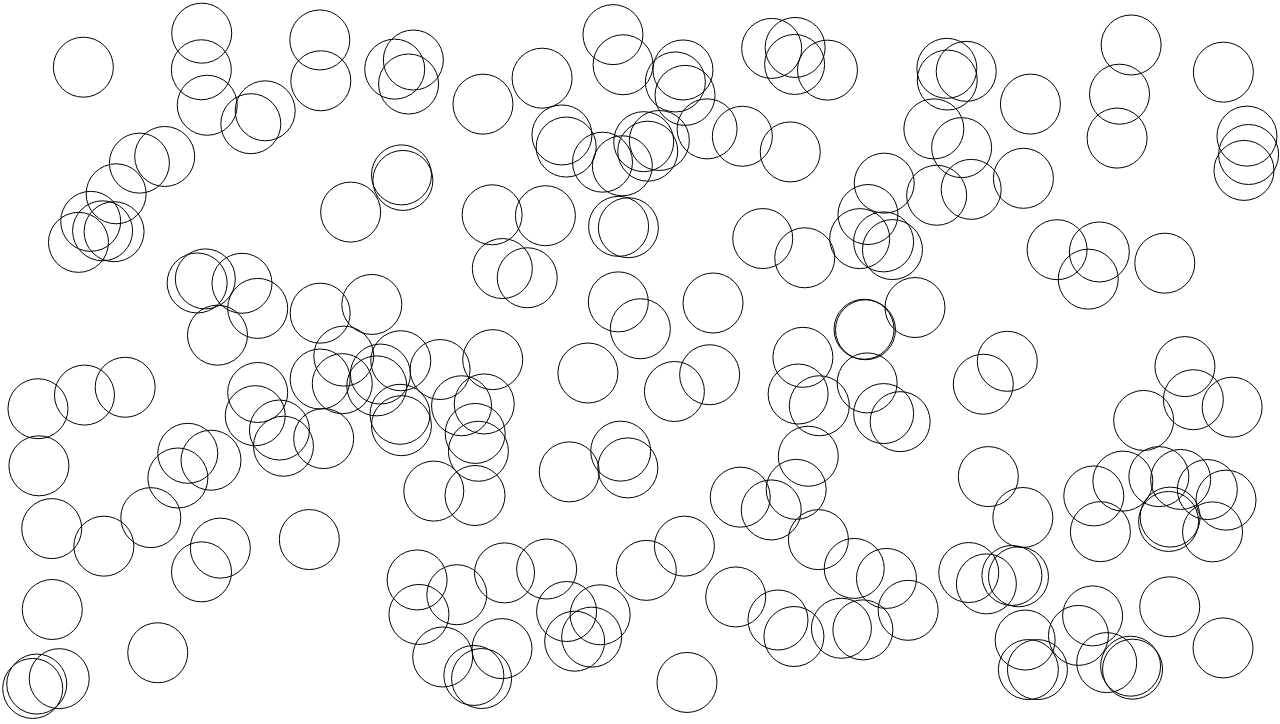
Repository: MikeTroianello/canvas-testing
Page: index.html
The author's editor kept a copy of each file at every save. The page is drawn from the files as they stood at one save, then again after the next save.
The browser window is 1280 px wide. The pictures show the whole page.

Above is the page before, as saved 2019-06-05 14:16:23.

### index.html
<!DOCTYPE html>
<html lang="en">
  <head>
    <meta charset="UTF-8" />
    <meta name="viewport" content="width=device-width, initial-scale=1.0" />
    <meta http-equiv="X-UA-Compatible" content="ie=edge" />
    <link rel="stylesheet" type="text/css" href="style.css" />
    <title>Canvas</title>
  </head>
  <body>
    <canvas></canvas>
    <script src="canvas.js"></script>
  </body>
</html>

### style.css
body {
  margin: 0;
}

/* canvas {
  border: 1px solid black;
} */

### canvas.js
var canvas = document.querySelector('canvas');
console.log(canvas);

canvas.width = window.innerWidth;
canvas.height = window.innerHeight;

var ctx = canvas.getContext('2d');

// for (let i = 0; i < canvas.width; i++) {
//   ctx.fillStyle = `rgba(${i}, ${i}, ${i * 30}, 1)`;
//   ctx.fillRect(i * 100, i * 100, 100, 100);
// }

//Line

// ctx.beginPath();
// ctx.moveTo(50, 300);
// ctx.lineTo(300, 100);
// ctx.lineTo(400, 300);
// ctx.strokeStyle = 'blue';
// ctx.stroke();

//arc
// ctx.beginPath();
// ctx.arc(300, 300, 30, 0, Math.PI * 2, false);
// ctx.strokeStyle = 'red';
// ctx.stroke();

// for (let i = 0; i < 1009; i++) {
//   var x = Math.random() * window.innerWidth;
//   var y = Math.random() * window.innerHeight;
//   var r = Math.floor(Math.random() * 255);
//   ctx.beginPath();
//   ctx.arc(x, y, 30, 0, Math.PI * 2, false);
//   ctx.strokeStyle = `rgba(${Math.floor(Math.random() * 255)},${Math.floor(
//     Math.random() * 255
//   )},${Math.floor(Math.random() * 255)}, ${Math.random()}`;
//   ctx.stroke();
// }

//MOVING CIRCLE

class Circle {
  constructor(x, y, dx, dy, radius) {
    this.x = x;
    this.y = y;
    this.dx = dx;
    this.dy = dy;
    this.radius = radius;
    this.draw = function() {
      ctx.beginPath();
      ctx.arc(this.x, this.y, this.radius, 0, Math.PI * 2, false);
      ctx.strokeStyle = 'black';
      ctx.stroke();
    };
    this.update = function() {
      if (this.x + radius >= innerWidth || this.x - radius <= 0) {
        this.dx = -this.dx;
      }
      if (this.y + radius >= innerHeight || this.y - radius <= 0) {
        this.dy = -this.dy;
      }
      this.x += this.dx;
      this.y += this.dy;

      this.draw();
    };
  }
}

var circleArray = [];

for (let i = 0; i < 200; i++) {
  let r = 30;
  let x = Math.random() * (innerWidth - r * 2) + r;
  let y = Math.random() * (innerHeight - r * 2) + r;
  let dx = (Math.random() - 0.5) * 5;
  let dy = (Math.random() - 0.5) * 5;
  circleArray.push(new Circle(x, y, dx, dy, r));
}

console.log(circleArray);

function animate() {
  requestAnimationFrame(animate);
  ctx.clearRect(0, 0, innerWidth, innerHeight);

  for (let i = 0; i < circleArray.length; i++) {
    circleArray[i].update();
  }
}

animate();

After the next save:
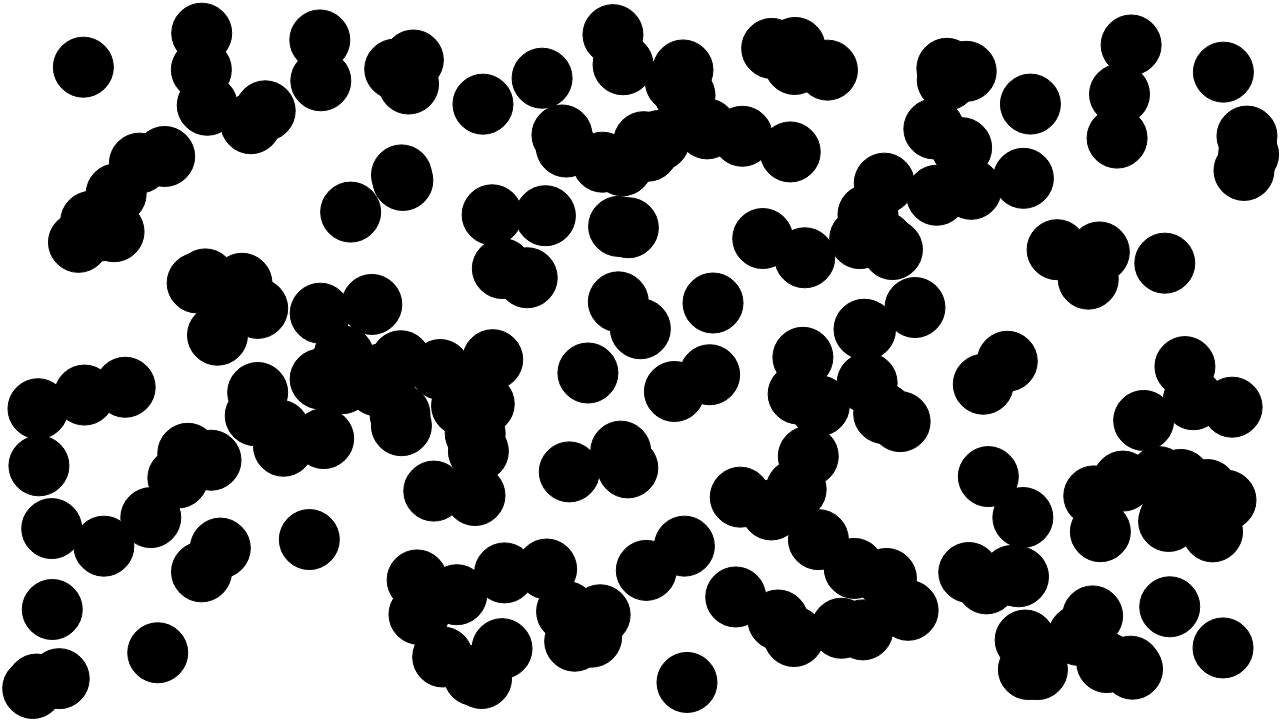
Saved 3 min 30 s later.
--- a/canvas.js
+++ b/canvas.js
@@ -52,6 +52,7 @@ class Circle {
       ctx.arc(this.x, this.y, this.radius, 0, Math.PI * 2, false);
       ctx.strokeStyle = 'black';
       ctx.stroke();
+      ctx.fill();
     };
     this.update = function() {
       if (this.x + radius >= innerWidth || this.x - radius <= 0) {
